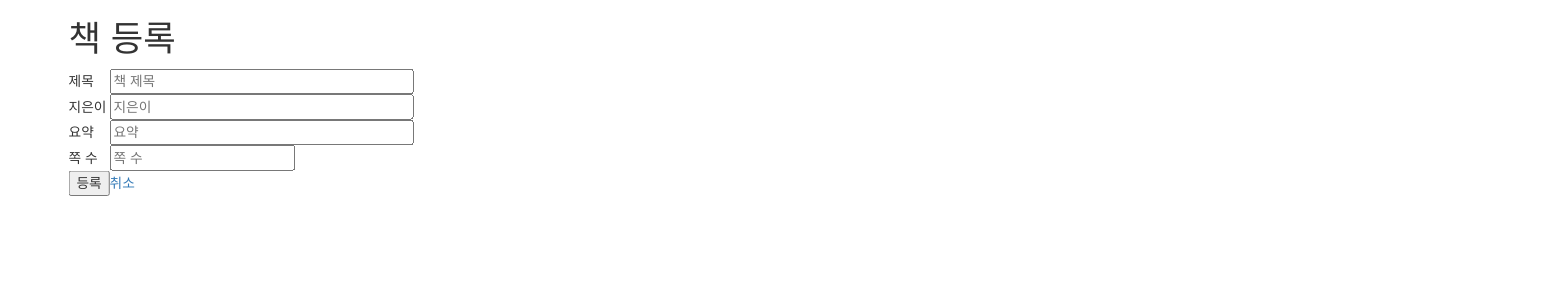
Repository: newzinee/SKDidimdolSpring
Page: http://localhost/AZBookPrj/insertBook.jsp
These files come from the project's save history. The page is drawn as it stood at one moment and after the next save; the edit follows.
The browser window is 1280 px wide. The page is 1280 px wide, then 1597 px, so the pictures cover 1597 px, including what lies to the right of the window. The pictures show the whole page, at 98% of full size.
The page is served by Tomcat 9. Nobody is signed in. The application's start-up code is not run. Other server files are loaded and not shown.

Above is the page before, as saved 2017-02-12 14:04:38.
Console error (its wording comes from the project's code and is left out).

### AZBookPrj/WebContent/insertBook.jsp
<%@ page language="java" contentType="text/html; charset=UTF-8"
	pageEncoding="UTF-8"%>
<%@ taglib uri="http://java.sun.com/jsp/jstl/core" prefix="c"%>
<!DOCTYPE html PUBLIC "-//W3C//DTD HTML 4.01 Transitional//EN" "http://www.w3.org/TR/html4/loose.dtd">
<html>
<head>
<meta http-equiv="Content-Type" content="text/html; charset=UTF-8">
<title>책등록</title>
<!-- 합쳐지고 최소화된 최신 CSS -->
<link rel="stylesheet" href="https://maxcdn.bootstrapcdn.com/bootstrap/3.3.2/css/bootstrap.min.css">

<!-- 부가적인 테마 -->
<link rel="stylesheet" href="https://maxcdn.bootstrapcdn.com/bootstrap/3.3.2/css/bootstrap-theme.min.css">

<!-- 합쳐지고 최소화된 최신 자바스크립트 -->
<script src="https://maxcdn.bootstrapcdn.com/bootstrap/3.3.2/js/bootstrap.min.js"></script>
</head>
<body>
	<div class="container">
		<h1>책 등록</h1>
	</div>
	<div class="container">
		<form method="POST" action="insertBook.do">
			<table>
				<tr>
					<td>제목</td>
					<td><input type="text" name="title" placeholder="책 제목"
						size="35" required></td>
				</tr>
				<tr>
					<td>지은이</td>
					<td><input type="text" name="author" placeholder="지은이"
						size="35" required></td>
				</tr>
				<tr>
					<td>요약</td>
					<td><input type="text" name="summary" placeholder="요약"
						size="35"></td>
				</tr>
				<tr>
					<td>쪽 수</td>
					<td><input type="number" name="page" placeholder="쪽 수" size="35"></td>
				</tr>
				<tr>
					<td><input type="submit" value="등록"></td>
					<td><a href="getBookList.do">취소</a></td>
				</tr>
			</table>
		</form>
	</div>
</body>
</html>

After the next save:
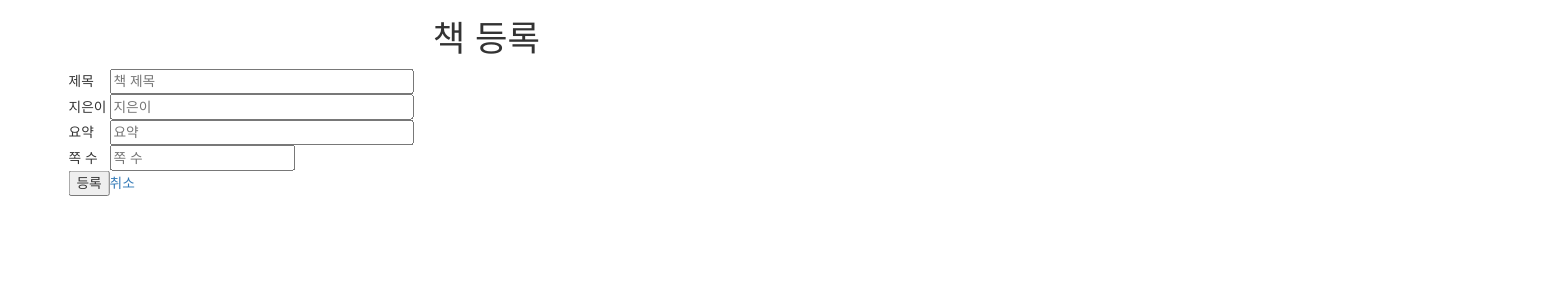
Saved 2 min 29 s later.
--- a/AZBookPrj/WebContent/insertBook.jsp
+++ b/AZBookPrj/WebContent/insertBook.jsp
@@ -16,7 +16,7 @@
 <script src="https://maxcdn.bootstrapcdn.com/bootstrap/3.3.2/js/bootstrap.min.js"></script>
 </head>
 <body>
-	<div class="container">
+	<div class="container col-md-offset-4">
 		<h1>책 등록</h1>
 	</div>
 	<div class="container">
